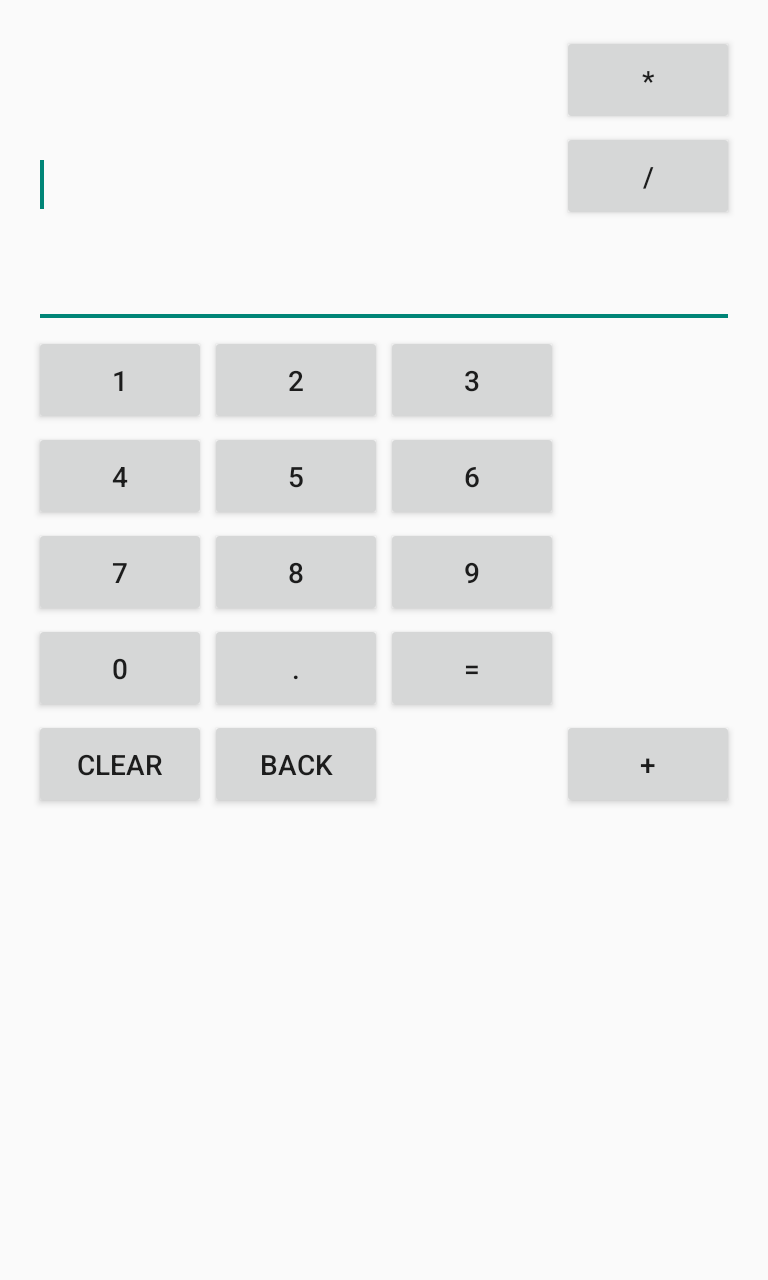
Repository: toa5/CS-399-Project-1
Layout: Calculator/res/layout/activity_calculator.xml
An editor plug-in stored every save of this project. The layout is shown before and after the next save, followed by the edit.
It is drawn on a 768 x 1280 px phone screen (xhdpi) without system bars, with theme AppTheme; the app's code is not run.

Above is the layout before, as saved 2015-09-27 08:09:11.

### Calculator/res/layout/activity_calculator.xml
<RelativeLayout xmlns:android="http://schemas.android.com/apk/res/android"
    xmlns:tools="http://schemas.android.com/tools"
    xmlns:android1="http://schemas.android.com/apk/res/android"
    android:layout_width="match_parent"
    android:layout_height="match_parent"
    android:paddingBottom="@dimen/activity_vertical_margin"
    android:paddingLeft="@dimen/activity_horizontal_margin"
    android:paddingRight="@dimen/activity_horizontal_margin"
    android:paddingTop="@dimen/activity_vertical_margin"
    tools:context="com.cs399.calculator.CalculatorActivity" >

    <EditText
        android1:id="@+id/textBox"
        android1:layout_width="wrap_content"
        android1:layout_height="wrap_content"
        android1:layout_alignParentEnd="true"
        android1:layout_alignParentLeft="true"
        android1:layout_alignParentRight="true"
        android1:layout_alignParentStart="true"
        android1:layout_alignParentTop="true"
        android1:clickable="false"
        android1:ems="10"
        android1:inputType="text"
        android1:minHeight="150dp" >

        <requestFocus />
    </EditText>

    <Button android1:id="@+id/button1"
        android1:layout_width="wrap_content"
        android1:layout_height="wrap_content"
        android1:layout_alignLeft="@+id/textBox"
        android1:layout_alignStart="@+id/textBox"
        android1:layout_below="@+id/textBox"
        android1:text="@string/num_1" />

    <Button
        android1:id="@+id/button2"
        android1:layout_width="wrap_content"
        android1:layout_height="wrap_content"
        android1:layout_alignBottom="@+id/button1"
        android1:layout_toEndOf="@+id/button1"
        android1:layout_toRightOf="@+id/button1"
        android1:text="@string/num_2" />

    <Button
        android1:id="@+id/button3"
        android1:layout_width="wrap_content"
        android1:layout_height="wrap_content"
        android1:layout_alignTop="@+id/button2"
        android1:layout_toRightOf="@+id/button2"
        android1:layout_toEndOf="@+id/button2"
        android1:text="@string/num_3" />

    <Button
        android1:id="@+id/button4"
        android1:layout_width="wrap_content"
        android1:layout_height="wrap_content"
        android1:layout_alignStart="@+id/button1"
        android1:layout_alignLeft="@+id/button1"
        android1:layout_below="@+id/button1"
        android1:text="@string/num_4" />

    <Button
        android1:id="@+id/button5"
        android1:layout_width="wrap_content"
        android1:layout_height="wrap_content"
        android1:layout_toRightOf="@+id/button4"
        android1:layout_toEndOf="@+id/button4"
        android1:layout_below="@+id/button2"
        android1:text="@string/num_5" />

    <Button
        android1:id="@+id/button6"
        android1:layout_width="wrap_content"
        android1:layout_height="wrap_content"
        android1:layout_toRightOf="@+id/button5"
        android1:layout_toEndOf="@+id/button5"
        android1:layout_below="@id/button3"
        android1:text="@string/num_6" />

    <Button
        android1:id="@+id/button7"
        android1:layout_width="wrap_content"
        android1:layout_height="wrap_content"
        android1:layout_alignStart="@+id/button1"
        android1:layout_alignLeft="@+id/button1"
        android1:layout_below="@+id/button4"
        android1:text="@string/num_7" />

    <Button
        android1:id="@+id/button8"
        android1:layout_width="wrap_content"
        android1:layout_height="wrap_content"
        android1:layout_below="@+id/button5"
        android1:layout_toRightOf="@+id/button4"
        android1:layout_toEndOf="@+id/button4"
        android1:text="@string/num_8" />

    <Button
        android1:id="@+id/button9"
        android1:layout_width="wrap_content"
        android1:layout_height="wrap_content"
        android1:layout_toRightOf="@+id/button8"
        android1:layout_toEndOf="@+id/button8"
        android1:layout_below="@+id/button6"
        android1:text="@string/num_9" />

    <Button android1:id="@+id/button0"
        android1:layout_width="wrap_content"
		android1:layout_height="wrap_content"
		android1:layout_below="@+id/button7"
		android1:layout_alignLeft="@+id/textBox"
        android1:layout_alignStart="@+id/textBox"
		android1:text="@string/num_0" />

    <Button android1:id="@+id/buttonDecimal"
        android1:layout_width="wrap_content"
        android1:layout_height="wrap_content"
        android1:layout_below="@+id/button8"
        android1:layout_toRightOf="@+id/button0"
        android1:layout_toEndOf="@+id/button0"
        android1:text="@string/decimal" />

    <Button
        android1:id="@+id/buttonEqual"
        android1:layout_width="wrap_content"
        android1:layout_height="wrap_content"
        android1:layout_below="@+id/button9"
        android1:layout_toRightOf="@+id/buttonDecimal"
        android1:layout_toEndOf="@+id/buttonDecimal"
        android1:text="@string/equals" />

    <Button android1:id="@+id/buttonPlus"
        android1:layout_width="wrap_content"
        android1:layout_height="wrap_content"
        android1:layout_below="@+id/button0"
        android1:layout_toEndOf="@+id/button3"
        android1:text="@string/plus" />

Button android1:id="@+id/buttonMinus" android1:layout_width="wrap_content" android1:layout_height="wrap_content" android1:layout_toEndOf="@+id/button6" android1:layout_toRightOf="@+id/button6" android1:layout_below="@+id/buttonPlus" android1:text="@string/minus" /><Button
        android1:id="@+id/buttonMultiply"
        android1:layout_width="wrap_content"
        android1:layout_height="wrap_content"
        android1:layout_toRightOf="@+id/button9"
        android1:layout_toEndOf="@+id/button9"
        android1:layout_below="@+id/buttonMinus"
        android1:text="@string/multiply" />

    <Button android1:id="@+id/buttonDivide" android1:layout_width="wrap_content" android1:layout_height="wrap_content" android1:layout_below="@+id/buttonMultiply" android1:layout_toRightOf="@+id/buttonEqual" android1:layout_toEndOf="@+id/buttonEqual" android1:text="@string/divide" />







    <Button
        android1:id="@+id/buttonClear"
        android1:layout_width="wrap_content"
        android1:layout_height="wrap_content"
        android1:layout_below="@+id/button0"
        android1:layout_alignStart="@+id/button1"
        android1:layout_alignLeft="@+id/button1"
        android1:text="@string/clear" />

    <Button
        android1:id="@+id/buttonBack"
        android1:layout_width="wrap_content"
        android1:layout_height="wrap_content"
        android1:layout_below="@+id/buttonDecimal"
        android1:layout_toRightOf="@+id/buttonClear"
        android1:layout_toEndOf="@+id/buttonClear"
        android1:text="@string/back" />



</RelativeLayout>

### Calculator/res/values/strings.xml
<?xml version="1.0" encoding="utf-8"?>
<resources>

    <string name="app_name">Calculator</string>
    <string name="action_settings">Settings</string>
    <string name="num_1">1</string>
    <string name="num_2">2</string>
    <string name="num_3">3</string>
    <string name="num_4">4</string>
    <string name="num_5">5</string>
    <string name="num_6">6</string>
	<string name="num_7">7</string>
	<string name="num_8">8</string>
	<string name="num_9">9</string>
	<string name="num_0">0</string>
	<string name="plus">+</string>
	<string name="minus">-</string>
	<string name="multiply">*</string>
	<string name="divide">/</string>
	<string name="clear">Clear</string>
	<string name="equals">=</string>
	<string name="back">Back</string>
	<string name="decimal">.</string>

</resources>

Loaded but not shown: Calculator/res/values/styles.xml (common file); Calculator/res/values-v11/styles.xml (common file); Calculator/res/values-v14/styles.xml (common file); Calculator/res/values/dimens.xml (common file); Calculator/res/values-w820dp/dimens.xml (common file)

After the next save:
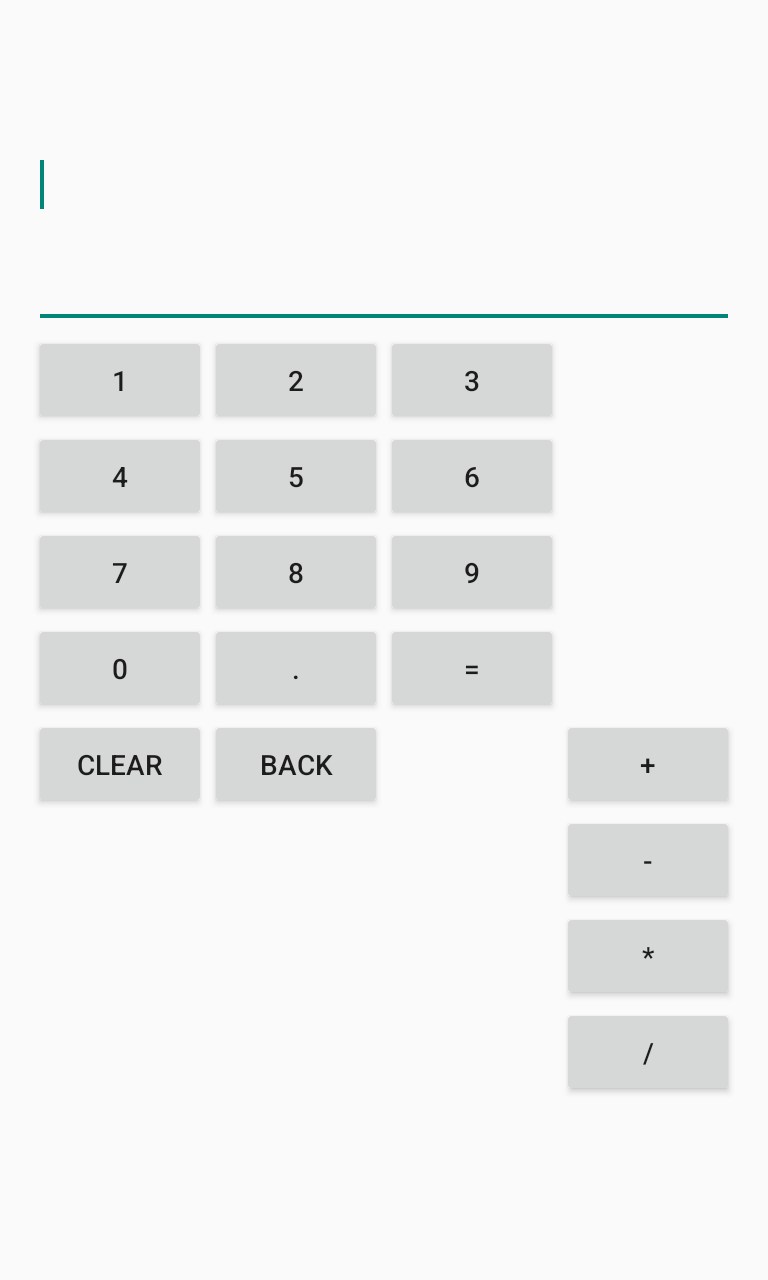
Saved 22 s later.
--- a/Calculator/res/layout/activity_calculator.xml
+++ b/Calculator/res/layout/activity_calculator.xml
@@ -138,7 +138,15 @@
         android1:layout_toEndOf="@+id/button3"
         android1:text="@string/plus" />
 
-Button android1:id="@+id/buttonMinus" android1:layout_width="wrap_content" android1:layout_height="wrap_content" android1:layout_toEndOf="@+id/button6" android1:layout_toRightOf="@+id/button6" android1:layout_below="@+id/buttonPlus" android1:text="@string/minus" /><Button
+	<Button android1:id="@+id/buttonMinus"
+	    android1:layout_width="wrap_content"
+	    android1:layout_height="wrap_content"
+	    android1:layout_toEndOf="@+id/button6"
+	    android1:layout_toRightOf="@+id/button6"
+	    android1:layout_below="@+id/buttonPlus"
+	    android1:text="@string/minus" />
+
+	<Button
         android1:id="@+id/buttonMultiply"
         android1:layout_width="wrap_content"
         android1:layout_height="wrap_content"
